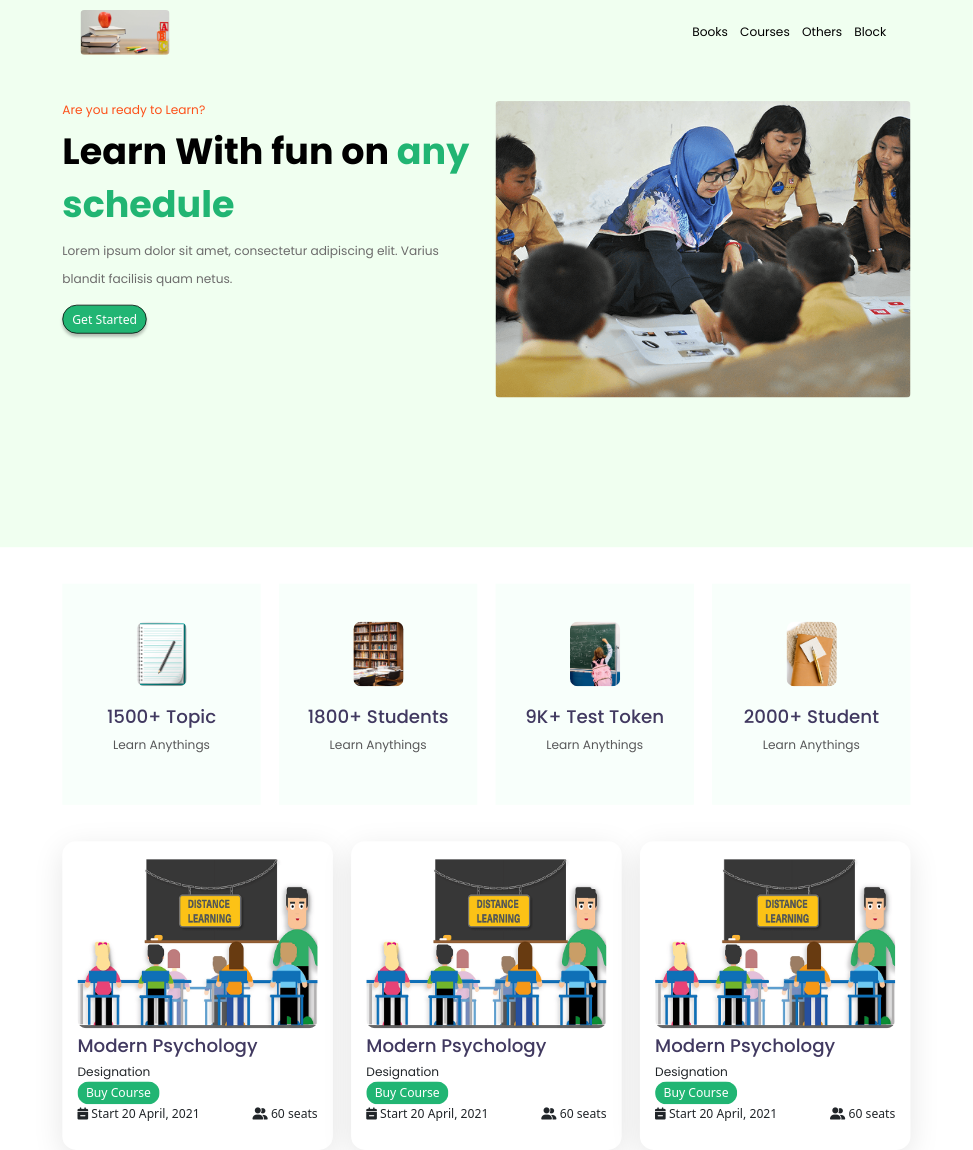
Repository: zjria/Figma-to-E-school
Page: index.html
An editor plug-in stored every save of this project. The page is shown before and after the next save, followed by the edit.
The browser window is 1280 px wide. The pictures show the whole page, at 76% of full size.
Some web libraries are served in a nearby version.

Above is the page before, as saved 2022-05-07 08:07:12.

### index.html
<!doctype html>
<html lang="en">
  <head>
    <!-- Required meta tags -->
    <meta charset="utf-8">
    <meta name="viewport" content="width=device-width, initial-scale=1">
    <title>E-School</title>

    <!-- Google Font family -->
    <link rel="preconnect" href="https://fonts.googleapis.com">
    <link rel="preconnect" href="https://fonts.gstatic.com" crossorigin>
    <link href="https://fonts.googleapis.com/css2?family=Poppins:wght@100;300;400;500;600;700;800;900&display=swap" rel="stylesheet">
    <!-- Bootstrap CSS -->
    <link href="https://cdn.jsdelivr.net/npm/bootstrap@5.0.2/dist/css/bootstrap.min.css" rel="stylesheet">
    <!-- Font awesome -->
    <link rel="stylesheet" href="https://cdnjs.cloudflare.com/ajax/libs/font-awesome/6.1.1/css/all.min.css">
    <!-- custom css -->
    <link rel="stylesheet" href="style.css">
  </head>
  <body>
    <section class="hero-section">
        <div class="container">
            <div class="row">
                <nav class="navbar navbar-expand-md navbar-light">
                    <div class="container-fluid">
                      <a class="navbar-brand" href="#"><img class="img-fluid rounded-3" src="images/logo.png" alt=""></a>
                      <button class="navbar-toggler" type="button" data-bs-toggle="collapse" data-bs-target="#navbarSupportedContent" aria-controls="navbarSupportedContent" aria-expanded="false" aria-label="Toggle navigation">
                        <span class="navbar-toggler-icon"></span>
                      </button>
                      <div class="collapse navbar-collapse" id="navbarSupportedContent">
                        <ul class="navbar-nav me-auto mb-2 mb-lg-0">
                          <li class="nav-item">
                            <a class="nav-link" href="#">Books</a>
                          </li>
                          <li class="nav-item">
                            <a class="nav-link" href="#">Courses</a>
                          </li>
                          <li class="nav-item">
                            <a class="nav-link" href="#">Others</a>
                          </li>
                          <li class="nav-item">
                            <a class="nav-link" href="#">Block</a>
                          </li>
                        </ul>

                      </div>
                    </div>
                  </nav>
            </div>
            <!-- Header Content Section -->
            <div class="row pt-5">
              <div class="col-md-6 hero-content">
                <h5>Are you ready to Learn?</h5>
                <h1>Learn With fun on <span>any schedule</span></h1>
                <p>Lorem ipsum dolor sit amet, consectetur adipiscing elit. Varius blandit facilisis quam netus.</p>
                <a href="" class="btn btn-custom">Get Started</a>
              </div>
              <div class="col-md-6">
                <img src="images/hero-img.png" class="img-fluid rounded-3" alt="">
              </div>
            </div>
        </div>
    </section>

     <!-- Feature -->
     <section class="feature mt-5 mb-5">
      <div class="container">
        <div class="row">
          <div class="col-md-3">
            <div class="feature-content text-center">
              <img src="images/price-1.png" class="img-fluid" alt="">
              <h3>1500+ Topic</h3>
              <p>Learn Anythings</p>
            </div>
          </div>
          <div class="col-md-3">
            <div class="feature-content text-center">
              <img src="images/price-2.png" class="img-fluid" alt="">
              <h3>1800+ Students</h3>
              <p>Learn Anythings</p>
            </div>
          </div>
          <div class="col-md-3">
            <div class="feature-content text-center">
              <img src="images/price-3.png" class="img-fluid" alt="">
              <h3>9K+ Test Token</h3>
              <p>Learn Anythings</p>
            </div>
          </div>
          <div class="col-md-3">
            <div class="feature-content text-center">
              <img src="images/price-4.png" class="img-fluid" alt="">
              <h3>2000+ Student</h3>
              <p>Learn Anythings</p>
            </div>
          </div>
        </div>
      </div>
     </section>

     <!-- Online Course -->
     <section class="online-course">
       <div class="container">
         <div class="row">
           <div class="col-md-4">
            <div class="course">
              <img src="images/online-1.png" class="img-fluid" alt="">
              <h2>Modern Psychology</h2>
              <h6>Designation</h6>
              <a href="" class="btn btn-cours">Buy Course</a>
              <ul>
                <li><i class="fa-solid fa-calendar-minus"></i> Start 20  April, 2021</li>
                <li><i class="fa-solid fa-user-group"></i> 60 seats</li>
              </ul>
            </div>
           </div>
           <div class="col-md-4">
            <div class="course">
              <img src="images/online-1.png" class="img-fluid" alt="">
              <h2>Modern Psychology</h2>
              <h6>Designation</h6>
              <a href="" class="btn btn-cours">Buy Course</a>
              <ul>
                <li><i class="fa-solid fa-calendar-minus"></i> Start 20  April, 2021</li>
                <li><i class="fa-solid fa-user-group"></i> 60 seats</li>
              </ul>
            </div>
           </div>
           <div class="col-md-4">
            <div class="course">
              <img src="images/online-1.png" class="img-fluid" alt="">
              <h2>Modern Psychology</h2>
              <h6>Designation</h6>
              <a href="" class="btn btn-cours">Buy Course</a>
              <ul>
                <li><i class="fa-solid fa-calendar-minus"></i> Start 20  April, 2021</li>
                <li><i class="fa-solid fa-user-group"></i> 60 seats</li>
              </ul>
            </div>
           </div>
         </div>
       </div>
     </section>






    <!-- Option 1: Bootstrap Bundle with Popper -->
    <script src="https://cdn.jsdelivr.net/npm/bootstrap@5.0.2/dist/js/bootstrap.bundle.min.js"></script>
  </body>
</html>

### style.css
/* font-family: 'Poppins', sans-serif; */
.hero-section{
    background: #F0FFF0;
    min-height: 100vh;
}
.navbar-light .navbar-nav .nav-link {
    color: rgb(0, 0, 0);
    font-family: 'Poppins', sans-serif;
    font-style: normal;
    font-weight: 400;
    font-size: 16px;
    line-height: 24px;
}
.navbar-light .navbar-nav .nav-link:hover {
    color: #C2B49D;
}
.navbar-brand img{
    width: 15%;
}
.hero-content h5 {
    font-family: 'Poppins';
    font-style: normal;
    font-weight: 400;
    font-size: 16px;
    line-height: 24px;
    color: #FD511A;
}
.hero-content h1 {
    font-family: 'Poppins';
    font-style: normal;
    font-weight: 700;
    font-size: 48px;
    line-height: 70px;
    color: #000000;
}
.hero-content h1 span{
    color: #21B573
}
.hero-content p {
    font-family: 'Poppins';
    font-style: normal;
    font-weight: 400;
    font-size: 16px;
    line-height: 36px;
    color: #6C6B6B;
}
.btn-custom{
    background: #21B573;
    border: 1px solid #000000;
    box-shadow: 0px 4px 4px rgba(0, 0, 0, 0.25);
    border-radius: 33px;
    color: #fff;
}
.feature-content{
    background: #F8FFFB;
    padding: 50px 0;
}
.feature-content img{
    width: 66px;
    height: 85px;
    margin-bottom: 22px;
    border-radius: 10px;

}
.feature-content h3{
font-family: 'Poppins';
font-style: normal;
font-weight: 500;
font-size: 24px;
line-height: 36px;color: #413960;
}
.feature-content p{
font-family: 'Poppins';
font-style: normal;
font-weight: 400;
font-size: 16px;
line-height: 24px;color: #585859;
}
.feature-content:hover{
    background: #FFFFFF;
    box-shadow: 0px 20px 40px rgba(0, 0, 0, 0.1);
    border-radius: 10px;
}
/* Online Course */
.course {

background: #FFFFFF;
box-shadow: 0px 10px 40px rgba(0, 0, 0, 0.1);
border-radius: 18px;padding: 20px;}
.course img{

border-radius: 11px;}
.course h2{

font-family: 'Poppins';
font-style: normal;
font-weight: 500;
font-size: 24px;
line-height: 36px;color: #413960;padding: 5px 0px;margin: 0;}
.course h6{

margin: 0;font-family: 'Poppins';

font-weight: 400;

line-height: 24px;}
.course .btn-cours{

background: #21B573;
border-radius: 33px;color: #fff;padding: 2px 10px;}
.course ul{

display: flex;justify-content: space-between;padding: 0;}
.course ul li {

list-style: none;margin: 0px;padding: 0px;}
.course ul li i{

}

After the next save:
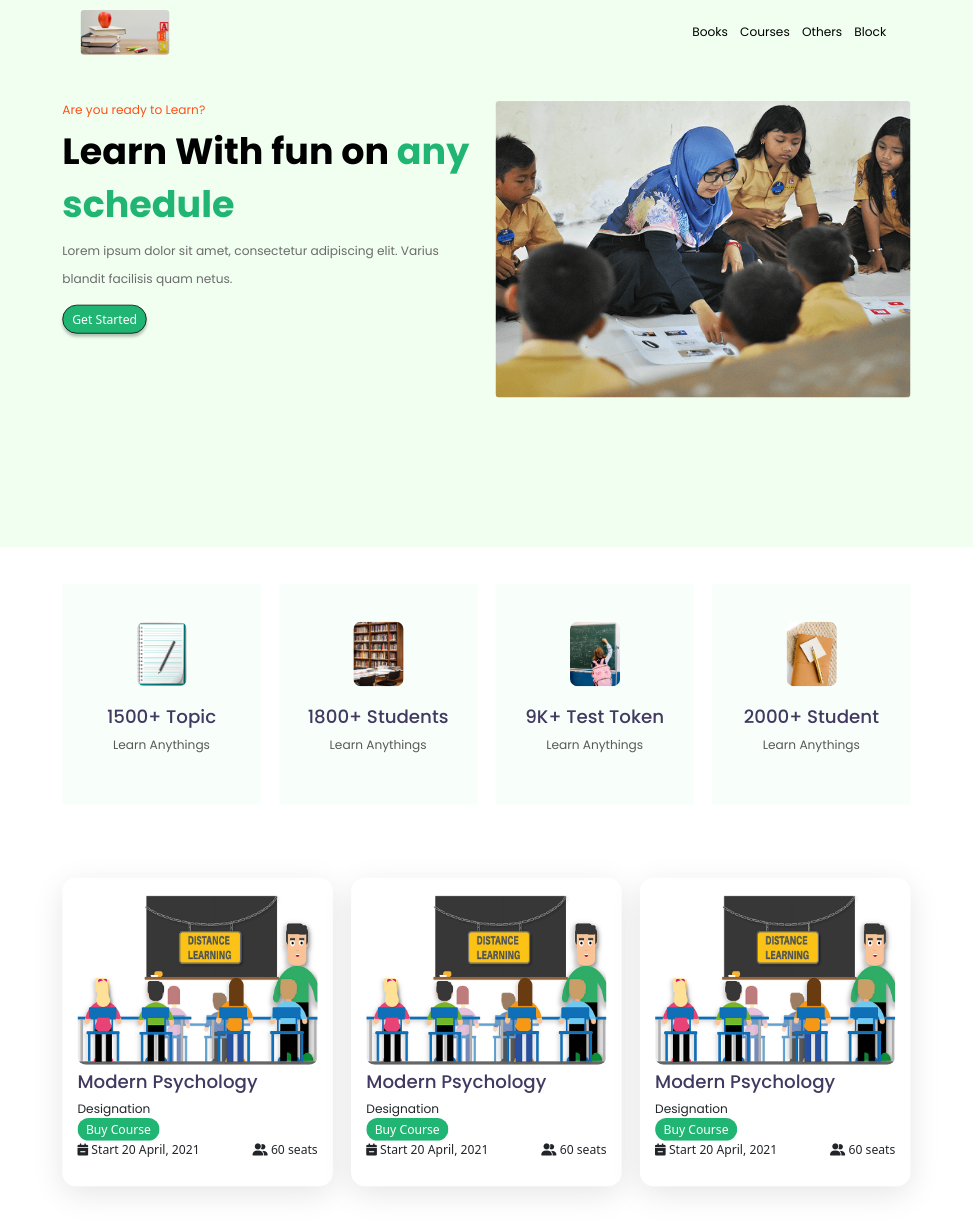
Saved 11 s later.
--- a/index.html
+++ b/index.html
@@ -99,7 +99,7 @@
      </section>
 
      <!-- Online Course -->
-     <section class="online-course">
+     <section class="online-course p-5">
        <div class="container">
          <div class="row">
            <div class="col-md-4">
